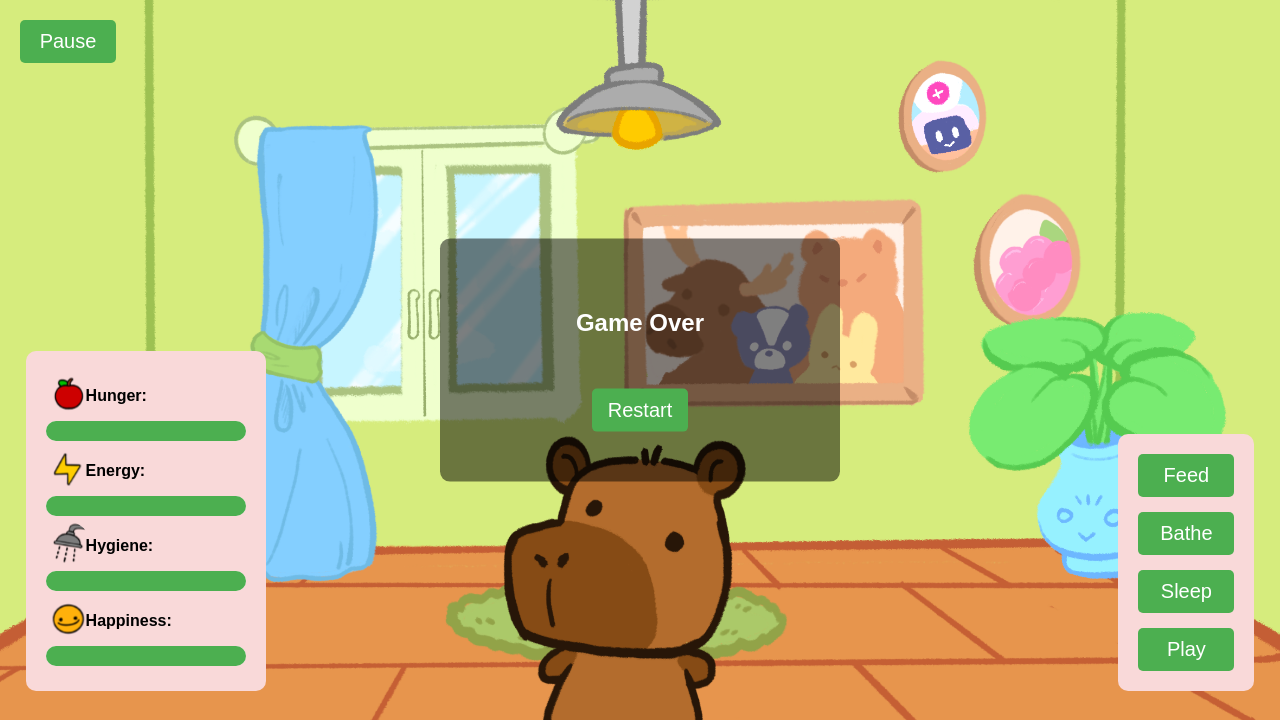
Repository: sarahjx/CapyCare
Page: html/index.html
These files come from the project's save history. The page is drawn as it stood at one moment and after the next save; the edit follows.
The browser window is 1280 px wide. The pictures show the whole page.
Some web fonts or font styles are not loaded; a fallback is used.

Above is the page before, as saved 2025-05-01 15:02:41.
Console error: TypeError: Cannot set properties of null (setting 'innerText')

After the next save:
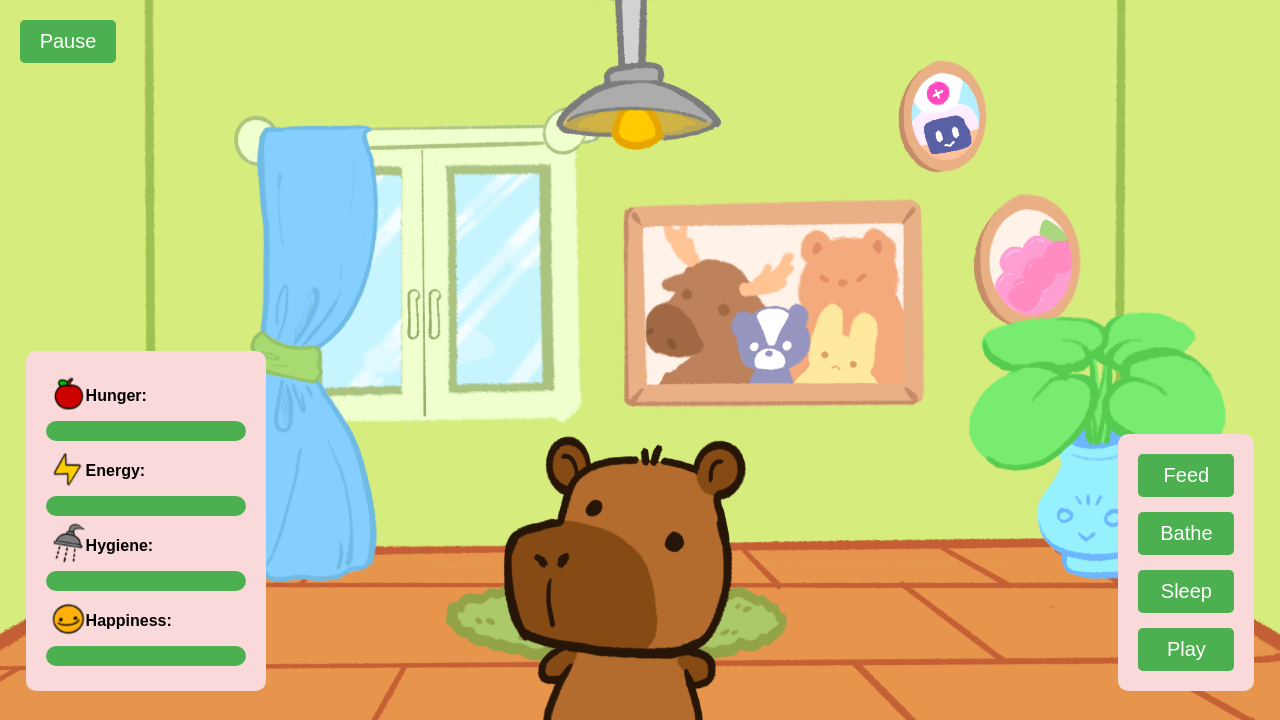
Saved 42 s later.
--- a/html/index.html
+++ b/html/index.html
@@ -75,11 +75,11 @@
       </button>
     </div>
 
-    <div id="gameOverScreen" class="game-over-screen">
+    <div id="gameOverOverlay" class="game-over-overlay">
       <div class="game-over-content">
         <h2>Game Over</h2>
         <p id="gameOverMessage"></p>
-        <button class="restart-button" onclick="resetGame()">Restart</button>
+        <button onclick="resetGame()">Restart</button>
       </div>
     </div>
 
